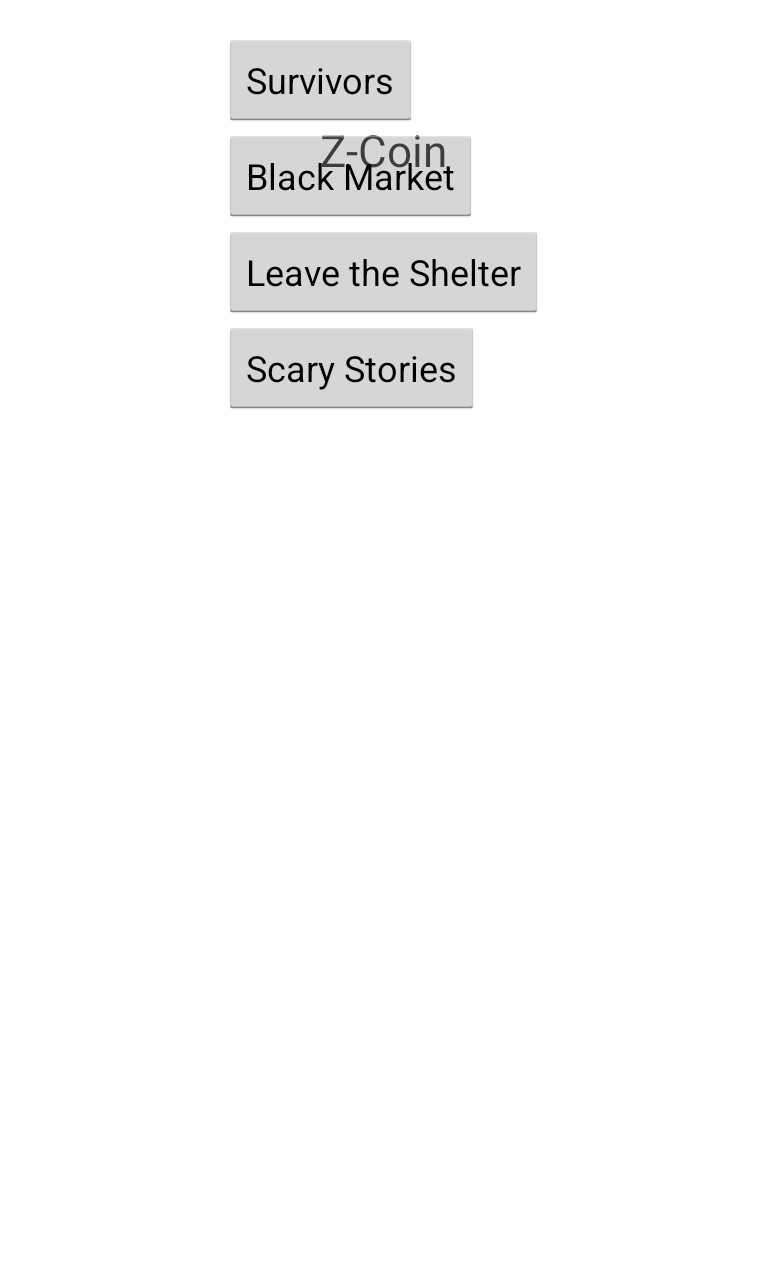
Repository: hekaiyue/Zombie-Coin
Layout: Android Workspace/ZCoins/res/layout/activity_main.xml
These files come from the project's save history. The layout is drawn as it stood at one moment and after the next save; the edit follows.
It is drawn on a 768 x 1280 px phone screen (xhdpi) without system bars, with theme AppTheme; the app's code is not run.

Above is the layout before, as saved 2014-02-01 13:08:37.

### Android Workspace/ZCoins/res/layout/activity_main.xml
<RelativeLayout xmlns:android="http://schemas.android.com/apk/res/android"
    xmlns:tools="http://schemas.android.com/tools"
    android:layout_width="match_parent"
    android:layout_height="match_parent"
    android:paddingBottom="@dimen/activity_vertical_margin"
    android:paddingLeft="@dimen/activity_horizontal_margin"
    android:paddingRight="@dimen/activity_horizontal_margin"
    android:paddingTop="@dimen/activity_vertical_margin"
    tools:context=".MainActivity" >

    <TextView
        android:id="@+id/textView1"
        android:layout_width="wrap_content"
        android:layout_height="wrap_content"
        android:layout_alignParentTop="true"
        android:layout_centerHorizontal="true"
        android:layout_marginTop="44dp"
        android:text="@string/app_name"
        android:textAppearance="?android:attr/textAppearanceLarge" />

    <LinearLayout
        android:layout_width="wrap_content"
        android:layout_height="wrap_content"
        android:layout_centerHorizontal="true"
        android:layout_marginBottom="17dp"
        android:orientation="vertical" >

        <Button
            android:id="@+id/button1"
            android:layout_width="wrap_content"
            android:layout_height="wrap_content"
            android:text="@string/friends_list" />

        <Button
            android:id="@+id/button2"
            android:layout_width="wrap_content"
            android:layout_height="wrap_content"
            android:text="@string/store" />

        <Button
            android:id="@+id/button3"
            android:layout_width="wrap_content"
            android:layout_height="wrap_content"
            android:onClick="mineZCoins"
            android:text="@string/mine" />

        <Button
            android:id="@+id/button4"
            android:layout_width="wrap_content"
            android:layout_height="wrap_content"
            android:text="@string/history" />

    </LinearLayout>

</RelativeLayout>

### Android Workspace/ZCoins/res/values/strings.xml
<?xml version="1.0" encoding="utf-8"?>
<resources>

    <string name="app_name">Z-Coin</string>
    <string name="action_settings">Settings</string>
    <string name="hello_world">Hello world!</string>
    <string name="store">Black Market</string>
    <string name="friends_list">Survivors</string>
    <string name="history">Scary Stories</string>
    <string name="mine">Leave the Shelter</string>
    <string name="title_activity_mine">The Outside World</string>
    <string name="timer">How Long</string>
    <string name="get_started">To get started, log in using Facebook</string>
    <string name="title_activity_friends_list">Survivors</string>
    <string name="edit_message">andrew id</string>

</resources>

Loaded but not shown: Android Workspace/ZCoins/res/values/styles.xml (common file); Android Workspace/ZCoins/res/values-v11/styles.xml (common file); Android Workspace/ZCoins/res/values-v14/styles.xml (common file); Android Workspace/ZCoins/res/values/dimens.xml (common file)

After the next save:
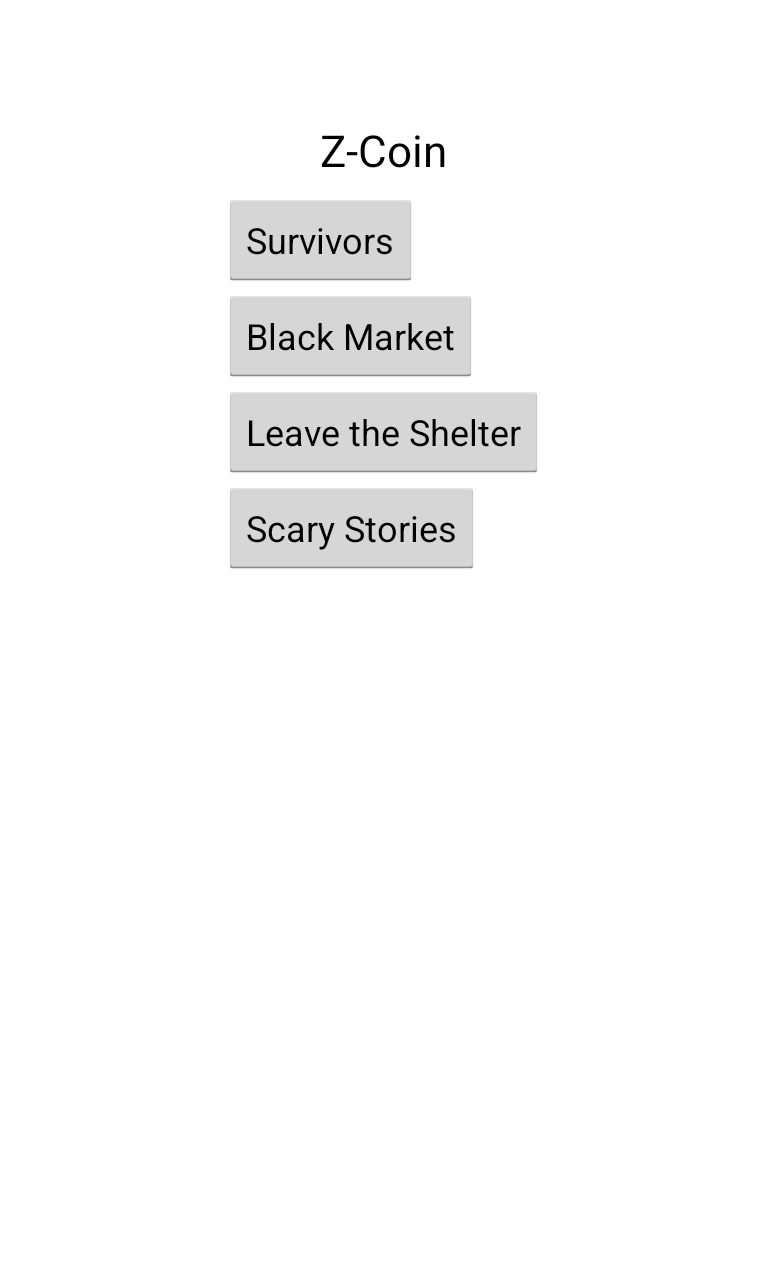
Saved 26 s later.
--- a/Android Workspace/ZCoins/res/layout/activity_main.xml
+++ b/Android Workspace/ZCoins/res/layout/activity_main.xml
@@ -23,6 +23,7 @@
         android:layout_height="wrap_content"
         android:layout_centerHorizontal="true"
         android:layout_marginBottom="17dp"
+        android:layout_marginTop="80dp"
         android:orientation="vertical" >
 
         <Button
